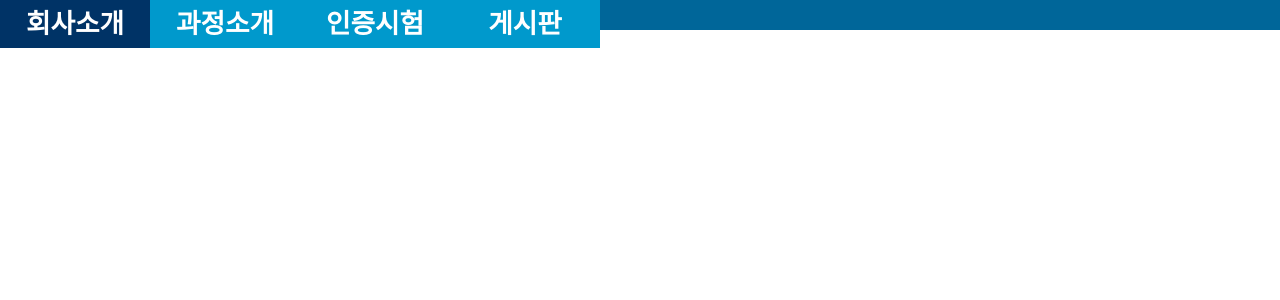
Repository: gyetol/web
Page: 4_11_web/CSS/WebContent/index.html
These files come from the project's save history. The page is drawn as it stood at one moment and after the next save; the edit follows.
The browser window is 1280 px wide. The pictures show the whole page.

Above is the page before, as saved 2020-04-11 07:58:35.

After the next save:
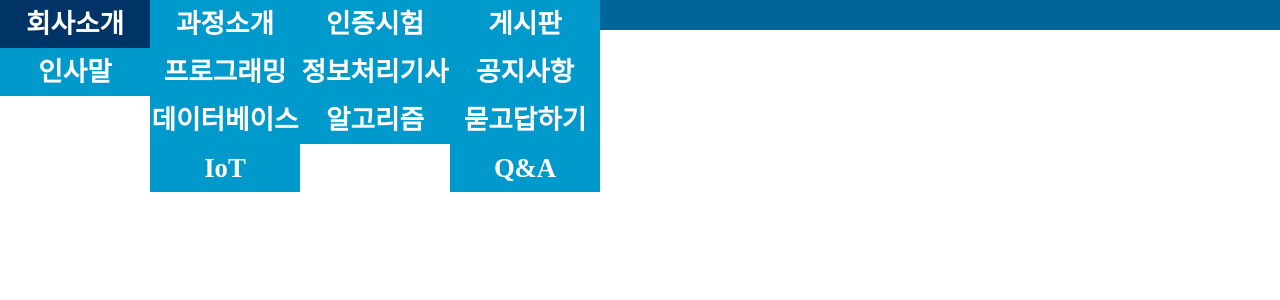
Saved 6 min 48 s later.
--- a/4_11_web/CSS/WebContent/index.html
+++ b/4_11_web/CSS/WebContent/index.html
@@ -8,10 +8,32 @@
 <body>
 
 <ul>
-<li>회사소개</li>
-<li>과정소개</li>
-<li>인증시험</li>
-<li>게시판</li>
+
+<li>회사소개
+	<ul>
+	<li>인사말</li>
+	</ul>
+</li>
+<li>과정소개
+	<ul>
+	<li>프로그래밍</li>
+	<li>데이터베이스</li>
+	<li>IoT</li>
+	</ul>
+</li>
+<li>인증시험
+	<ul>
+	<li>정보처리기사</li>
+	<li>알고리즘</li>
+	</ul>
+</li>
+<li>게시판
+	<ul>
+	<li>공지사항</li>
+	<li>묻고답하기</li>
+	<li>Q&ampA</li>
+	</ul>
+</li>
 </ul>
 
 
